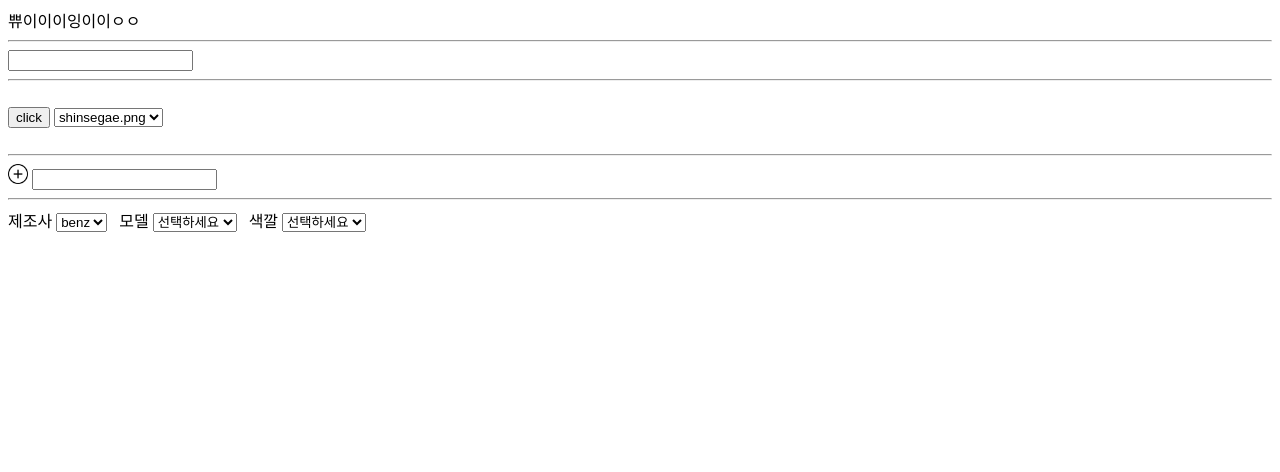
Repository: carolsim/NewWorldJavaStudy
Page: http://localhost/mvcWeb/script.jsp
The author's editor kept a copy of each file at every save. The page is drawn from the files as they stood at one save, then again after the next save.
The browser window is 1280 px wide. The pictures show the whole page.
The page is served by Tomcat 9.

Above is the page before, as saved 2019-07-11 05:40:38.

After the next save:
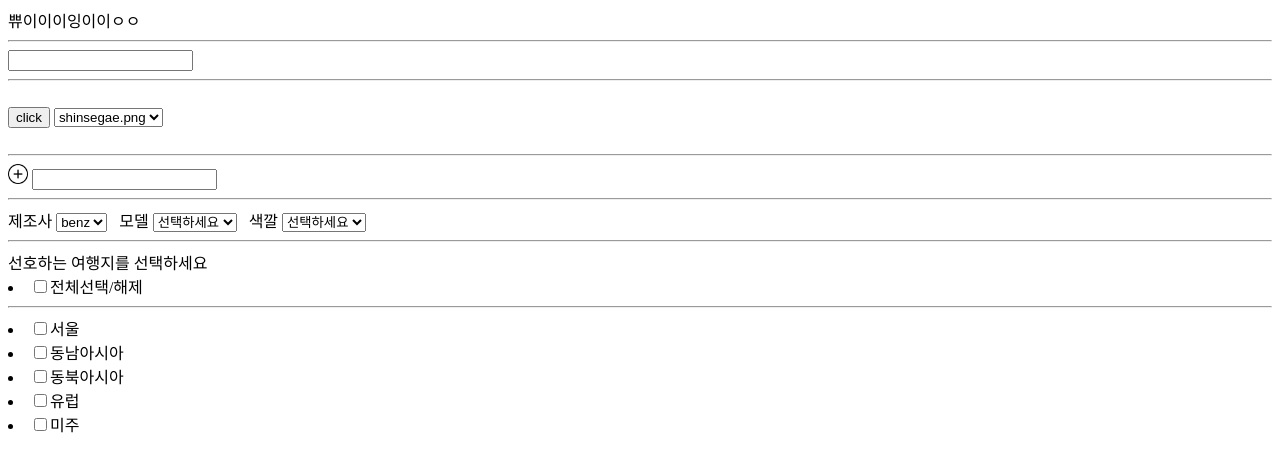
Saved 2 min 39 s later.
--- a/mvcWeb/webapp/script.jsp
+++ b/mvcWeb/webapp/script.jsp
@@ -52,6 +52,18 @@
 	<select id="color">
 		<option>선택하세요</option>
 	</select>
+
+	<hr/>
+	<label>선호하는 여행지를 선택하세요</label>
+	<li><input type="checkbox" id="allchk"><label>전체선택/해제</label></li>
+	<hr/>
+	<div id="area">
+		<li><input type="checkbox" id="box"><label>서울</label></li>
+		<li><input type="checkbox" id="box"><label>동남아시아</label></li>
+		<li><input type="checkbox" id="box"><label>동북아시아</label></li>
+		<li><input type="checkbox" id="box"><label>유럽</label></li>
+		<li><input type="checkbox" id="box"><label>미주</label></li>
+	</div>
 
 
 
